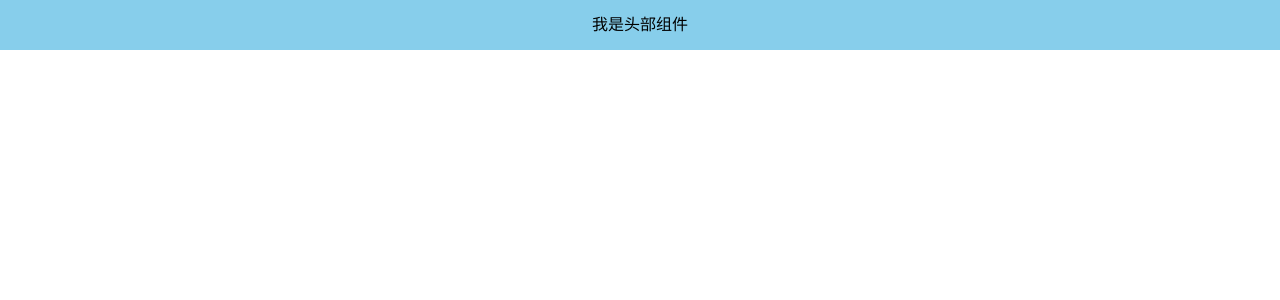
Repository: jinggegeZ/cnode
Page: /parents
The author's editor kept a copy of each file at every save. The page is drawn from the files as they stood at one save, then again after the next save.
The browser window is 1280 px wide. The pictures show the whole page.
The project was rebuilt for these pictures with package versions that can differ from the ones it lists, and the page was loaded fresh each time. Also part of the build but not shown: src/components/HelloWorld.vue, src/views/Home.vue.

Above is the page before, as saved 2020-06-04 15:49:55.

After the next save:
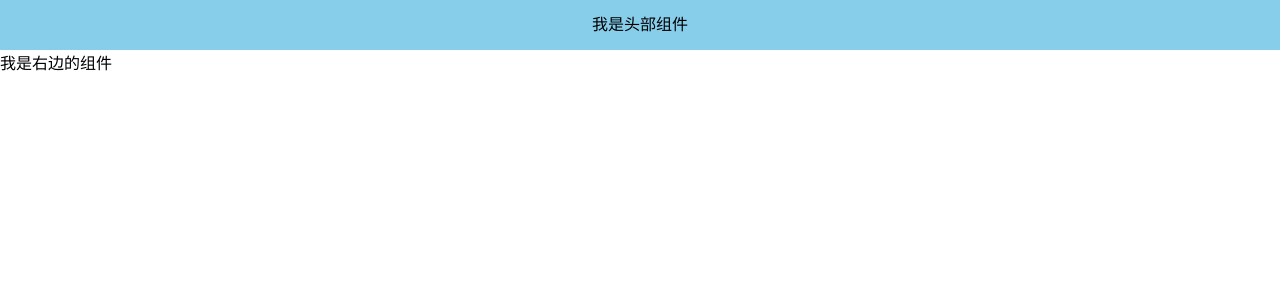
Saved 20 min 19 s later.
--- a/src/views/parents/parents.vue
+++ b/src/views/parents/parents.vue
@@ -1,6 +1,7 @@
 <template>
  <div>
     <div class="top">我是头部组件</div>
+     <div class="right"> 我是右边的组件</div>
     <div>
     <router-view></router-view>
     </div>
